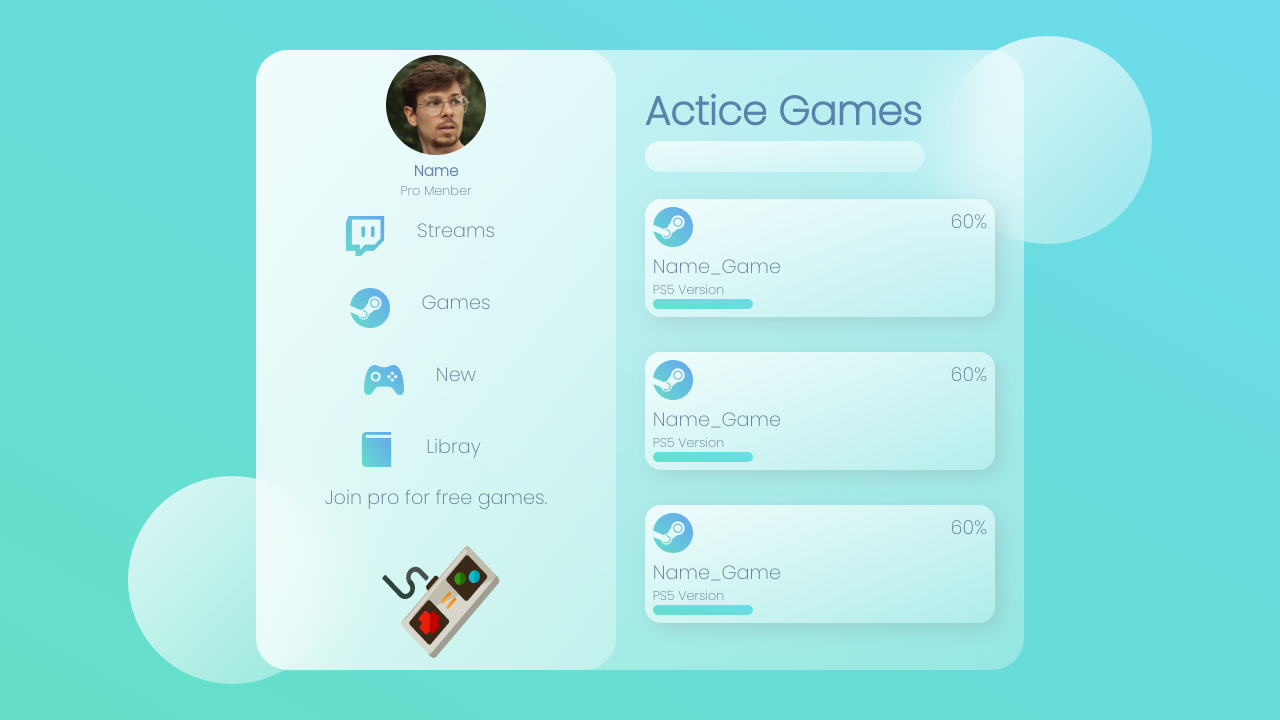
Repository: ServerK001/HomeGamer
Page: /
An editor plug-in stored every save of this project. The page is shown before and after a run of saves, followed by the edit.
The browser window is 1280 px wide. The pictures show the whole page.
The project was rebuilt for these pictures with package versions that can differ from the ones it lists, and the page was loaded fresh each time.

Above is the page before, as saved 2021-12-28 14:29:37.

After the next 2 saves:
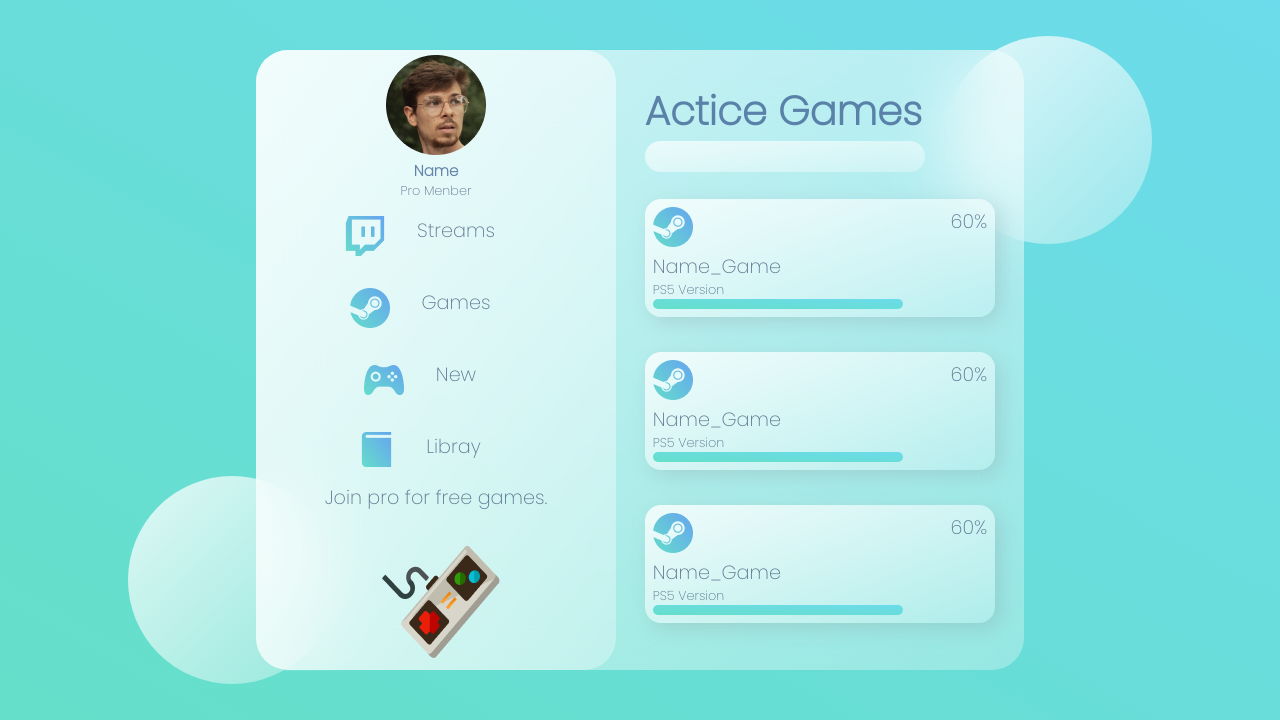
The 2 saves are shown as one change because they came seconds apart.
The last was saved 7 s later.
--- a/src/components/header/GamesProgress/cardsGames/styles.scss
+++ b/src/components/header/GamesProgress/cardsGames/styles.scss
@@ -11,7 +11,7 @@
 
 .progress {
     background: linear-gradient(to right top, #65dfc9, #6cdbeb);
-    width: 100px;
+    width: 250px;
     height: 10px;
     border-radius: 1rem;
     position: relative;
